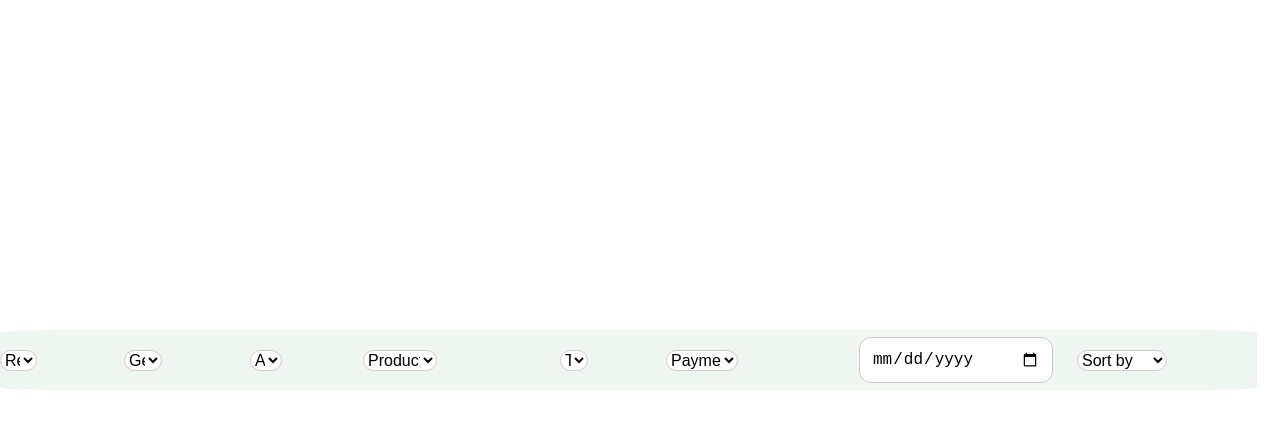
Repository: SandeepYadav18717/TruEstae
Page: / (app in TruEstae/)
These files come from the project's save history. The page is drawn as it stood at one moment and after a run of saves; the edit follows.
The browser window is 1280 px wide. The pictures show the whole page.
The project was rebuilt for these pictures with package versions that can differ from the ones it lists, and the page was loaded fresh each time. Also part of the build but not shown: TruEstae/vite.config.js, TruEstae/src/App.css, TruEstae/src/Styles/Logo.css, TruEstae/src/Pages/Logo.jsx, TruEstae/src/Styles/search_bar.css, TruEstae/src/components/search_bar.jsx.

Above is the page before, as saved 2025-12-07 01:19:30.

### TruEstae/index.html
<!doctype html>
<html lang="en">
  <head>
    <meta charset="UTF-8" />
    <link rel="icon" type="image/svg+xml" href="/vite.svg" />
    <meta name="viewport" content="width=device-width, initial-scale=1.0" />
    <title>javascript</title>
  </head>
  <body>
    <div id="root"></div>
    <script type="module" src="/src/main.jsx"></script>
  </body>
</html>

### TruEstae/src/App.jsx
import { useState } from 'react'
import reactLogo from './assets/react.svg'
import viteLogo from '/vite.svg'
import './App.css'

import Logo from './Pages/Logo.jsx'
import SearchBar from './components/search_bar.jsx'
import Home from './Pages/Home.jsx'

function App() {
  return (
    <>


     <Home />
    </>
  )
}

export default App

### TruEstae/src/Pages/Home.jsx
import Logo from "./Logo.jsx";
import SearchBar from "../components/search_bar.jsx";
import "../Styles/Home.css";
function Home() {
  return (
    <>
      <div className="Container_Ui">
        <div id="Customer_Region">
          <select>
            <option value="" hidden>
              Region
            </option>
            <option>Central</option>
            <option>North</option>
            <option>South</option>
            <option>East</option>
            <option>West</option>
          </select>
        </div>

        <div id="Gender">
          <select>
            <option value="" hidden>
              Gender
            </option>
            <option>Male</option>
            <option>Female</option>
          </select>
        </div>

        <div id="Age">
          <select>
            <option value="" hidden>
              Age
            </option>
            <option>18-25</option>
            <option>26-35</option>
            <option>36-50</option>
            <option>50+</option>
          </select>
        </div>

        <div id="Product_Category">
          <select>
            <option value="" hidden>
              Product Category
            </option>
            <option>Beauty</option>
            <option>Electronic</option>
            <option>Clothing</option>
          </select>
        </div>

        <div id="Tags">
        <select>
          <option value="" hidden>
            Tags
          </option>
        </select></div>

        <div id="Payment_Method">
          <select>
            <option value="" hidden>
              Payment Method
            </option>
            <option>Wallet</option>
            <option>Cash</option>
            <option>Card</option>
            <option>UPI</option>
            <option>Net Banking</option>
          </select>
        </div>

        <div id="Date">
          <input type="date" />
        </div>
        <div id="SortBy">
  <select defaultValue="">
    <option value="" hidden>Sort by</option>
    <option value="name-asc">Customer Name (A-Z)</option>
    <option value="name-desc">Customer Name (Z-A)</option>
    <option value="newest">Newest First</option>
    <option value="oldest">Oldest First</option>
  </select>
</div>

      </div>
    </>
  );
}
export default Home;

### TruEstae/src/Styles/Home.css
.Container_Ui {
  display: flex;
  gap:50px;
  flex-direction: row;
  align-items: center;
  justify-content: center;
  height: 100vh;
  background-color: #eff6f1;
  height:60px;
  width: 100%;
  border-radius: 5%;
}

/* All dropdowns */
select {
  width: 50%;

  border-radius: 12px;       /* curved corners */
  border: 1px solid #ccc;
  background: #fff;
  font-size: 16px;
  outline: none;
  cursor: pointer;
  transition: 0.2s;
}

/* Dropdown hover effect */
select:hover {
  border-color: #4a6cf7;
  box-shadow: 0 0 8px rgba(74, 108, 247, 0.2);
}

/* Date input curved */
input[type="date"] {
  width: 100%;
  padding: 12px;
  border-radius: 12px;       /* curved corners */
  border: 1px solid #ccc;
  background: #fff;
  font-size: 16px;
  outline: none;
  transition: 0.2s;
}

/* Hover effect for date input */
input[type="date"]:hover {
  border-color: #4a6cf7;
  box-shadow: 0 0 8px rgba(74, 108, 247, 0.2);
}

Loaded but not shown: TruEstae/src/main.jsx (common file); TruEstae/src/index.css (common file)

After the next 2 saves:
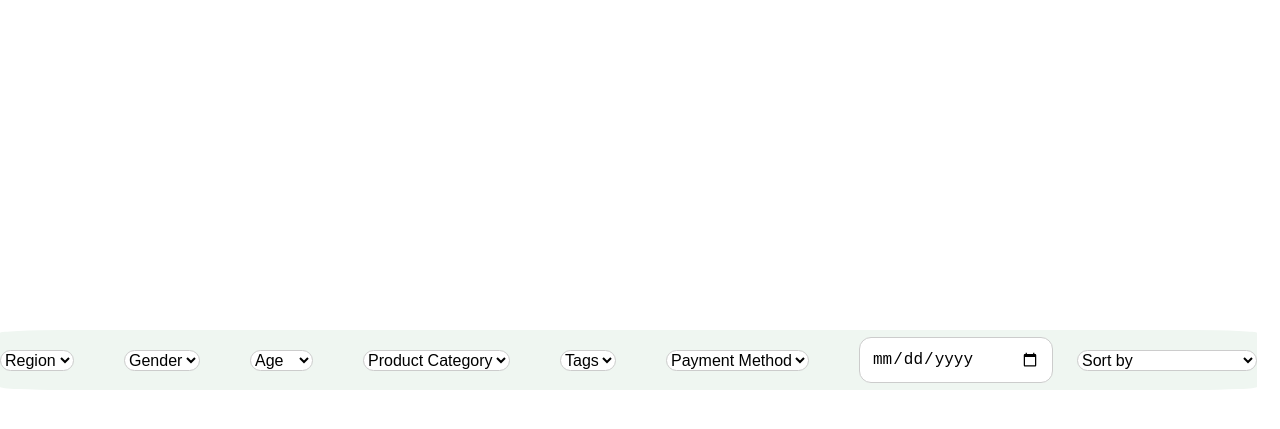
The 2 saves are shown as one change because they came seconds apart.
The last was saved 15 s later.
--- a/TruEstae/src/Styles/Home.css
+++ b/TruEstae/src/Styles/Home.css
@@ -13,7 +13,7 @@
 
 /* All dropdowns */
 select {
-  width: 50%;
+  width: 100%;
 
   border-radius: 12px;       /* curved corners */
   border: 1px solid #ccc;
